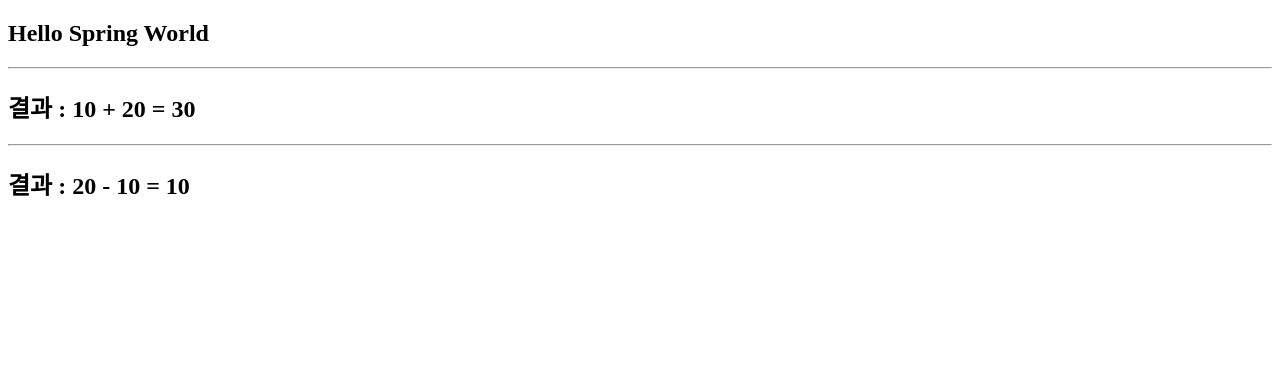
Repository: wjsjsn/23_springstudy
Page: http://localhost/Spring_DI/
The author's editor kept a copy of each file at every save. The page is drawn from the files as they stood at one save, then again after the next save.
The browser window is 1280 px wide. The pictures show the whole page.
The page is served by Tomcat 9.

Above is the page before, as saved 2023-07-25 08:42:41.

After the next save:
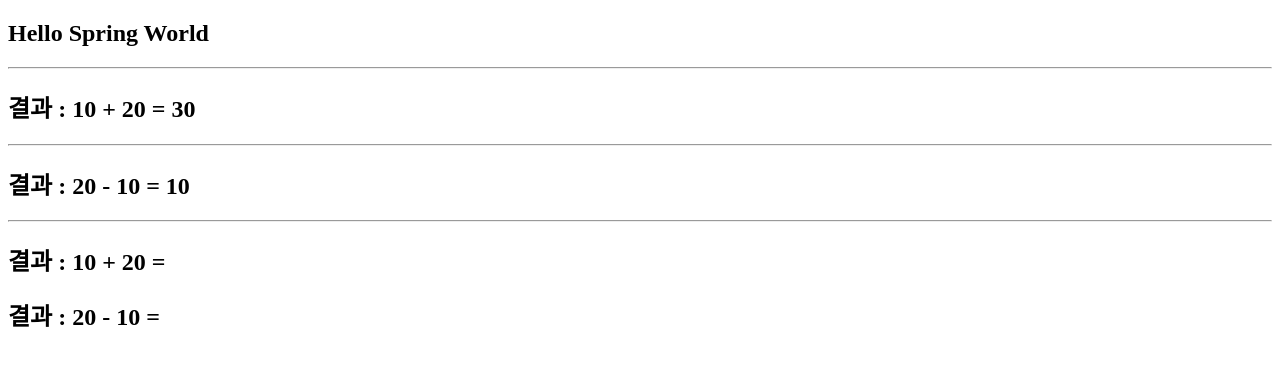
Saved 47 s later.
--- a/Spring_DI/src/main/webapp/index.jsp
+++ b/Spring_DI/src/main/webapp/index.jsp
@@ -43,5 +43,9 @@
 	int result2 = mc.getResult();
 	out.println("<h2> 결과 : 20 - 10 = " + result2 + "</h2>");
 	%>
+	<hr>
+
+	<h2>결과 : 10 + 20 = ${result}</h2>
+	<h2>결과 : 20 - 10 = ${result2}</h2>
 </body>
 </html>
